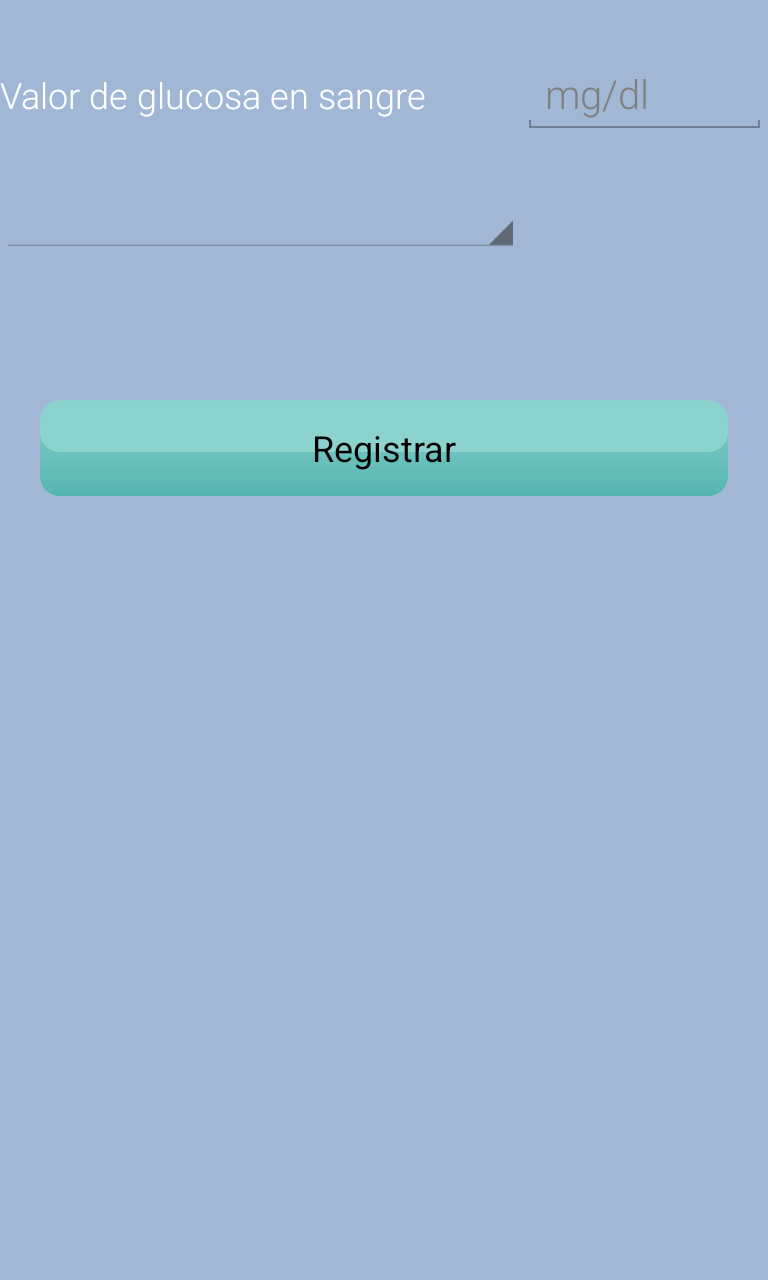
Repository: HectorGarciaMiguel/ssii-diabetes-060036
Layout: SeguimientoDiabetes/res/layout/activity_insertar_medicion.xml
The author's editor kept a copy of each file at every save. The layout is drawn from the files as they stood at one save, then again after the next save.
It is drawn on a 768 x 1280 px phone screen (xhdpi) without system bars, with theme AppTheme; the app's code is not run.

Above is the layout before, as saved 2015-11-17 08:53:48.

### SeguimientoDiabetes/res/layout/activity_insertar_medicion.xml
<TableLayout xmlns:android="http://schemas.android.com/apk/res/android"
    xmlns:tools="http://schemas.android.com/tools"
    android:id="@+id/TableLayout1"
    android:layout_width="fill_parent"
    android:layout_height="fill_parent"
    android:layout_gravity="top|center"
    android:stretchColumns="*"
    tools:context=".MainActivity" >

    <TableRow
        android:id="@+id/tableRow1"
        android:layout_width="0px"
        android:layout_height="0px"
        android:layout_weight="1"
        android:layout_gravity="center_vertical">

        <TextView
            android:id="@+id/textView1"
            android:layout_width="fill_parent"
            android:layout_height="fill_parent"
        	android:gravity="center_vertical"
            android:text="Valor de glucosa en sangre" />


        <EditText
            android:id="@+id/editText1"
            android:layout_width="fill_parent"
            android:layout_height="wrap_content"
            android:hint="mg/dl"
        	android:gravity="center_vertical"
            android:inputType="number" >

        </EditText>

    </TableRow>

    <TableRow
         android:id="@+id/tableRow2"
        android:layout_width="0px"
        android:layout_height="0px"
        android:layout_weight="1" >

        <Spinner android:id="@+id/CmbOpciones"
   	 	android:layout_width="match_parent"
    	android:layout_height="wrap_content"/>


    </TableRow>


    <TableRow
         android:id="@+id/tableRow3"
        android:layout_width="0px"
        android:layout_height="0px"
        android:layout_weight="7"
        android:padding="20dp">

        <Button
            android:id="@+id/button1"
        	android:background="@drawable/mibotonverde"
            android:layout_weight="1"
            android:onClick="pasarRecomendacionActivity"
            android:text="Registrar" />

    </TableRow>




</TableLayout>

### SeguimientoDiabetes/res/drawable/mibotonverde.xml
<?xml version="1.0" encoding="utf-8"?>
<selector xmlns:android="http://schemas.android.com/apk/res/android" >

 <item android:state_pressed="true">
     <layer-list >
       <item >
           <shape android:shape="rectangle">
            <gradient
  				  android:startColor="#104849"
                  android:endColor="#0B393A"
                  android:angle="-90"
                  android:type="linear"
                  />
            <corners android:radius="10dp" />
            </shape>
            </item>
            <item android:top="1dp" android:bottom="22dp" >
 	 <shape android:shape="rectangle">
  				<solid android:color="#104849"/>
              <corners android:radius="10dp" />

            </shape>
      </item>
      </layer-list>
  </item>




<item android:state_focused="true">
     <layer-list >
       <item >
           <shape android:shape="rectangle">
            <gradient
  				  android:startColor="#104849"
                  android:endColor="#0B393A"
                  android:angle="-90"
                  android:type="linear"
                  />
            <corners android:radius="10dp" />
            </shape>
            </item>
            <item android:top="1dp" android:bottom="50px" >
  <shape android:shape="rectangle">
  <solid android:color="#104849"/>
              <corners android:radius="10dp" />

            </shape>
      </item>
      </layer-list>
  </item>







 <item>
     <layer-list >
       <item >
           <shape android:shape="rectangle">
            <gradient
  				  android:startColor="#8CD2CD"
                  android:endColor="#53B5AF"
                  android:angle="-90"
                  android:type="linear"
                  />
			<corners android:radius="10dp" />
			</shape>
        </item>
        <item android:top="1dp" android:bottom="22dp" >
  			<shape android:shape="rectangle">
  			<solid android:color="#8CD2CD"/>
       			<corners android:radius="10dp" />
           </shape>
      </item>
      </layer-list>
  </item>
</selector>

Loaded but not shown: SeguimientoDiabetes/res/values/styles.xml (common file); SeguimientoDiabetes/res/values-v11/styles.xml (common file); SeguimientoDiabetes/res/values-v14/styles.xml (common file)

After the next save:
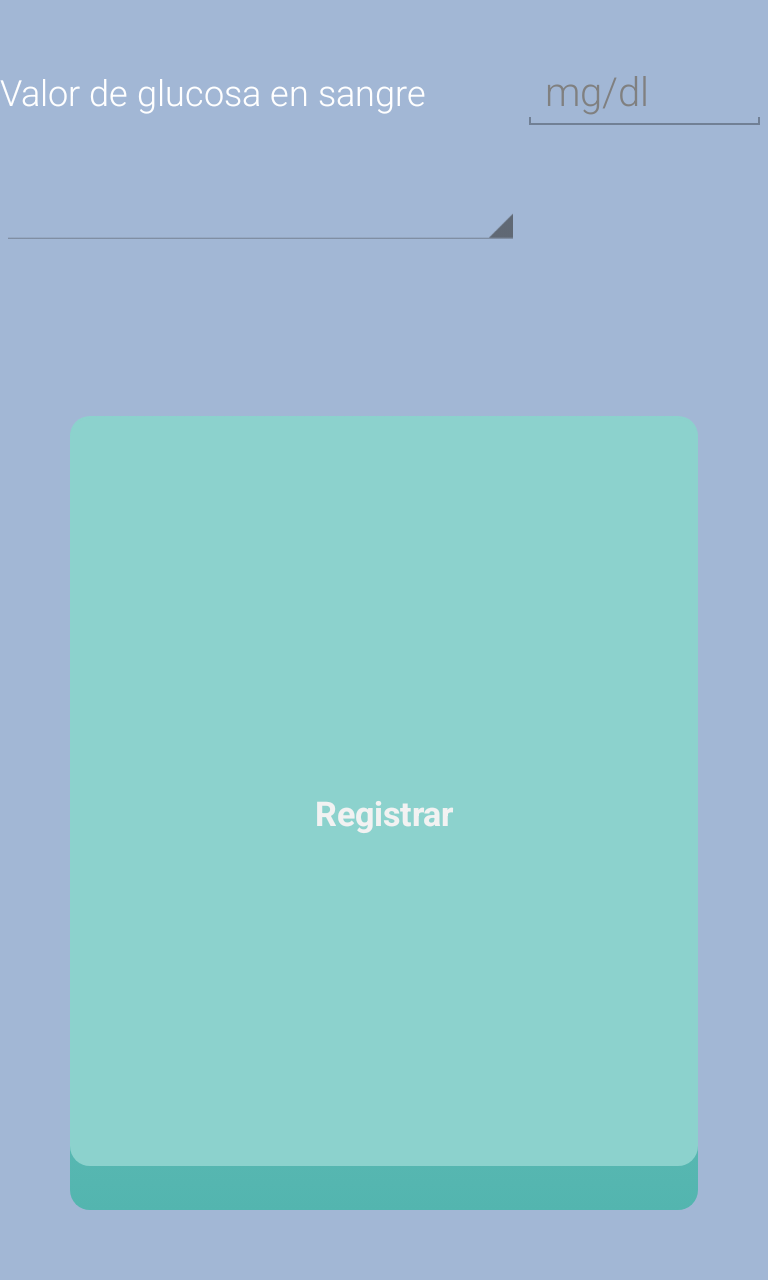
Saved 60 s later.
--- a/SeguimientoDiabetes/res/layout/activity_insertar_medicion.xml
+++ b/SeguimientoDiabetes/res/layout/activity_insertar_medicion.xml
@@ -58,6 +58,7 @@
         <Button
             android:id="@+id/button1"
         	android:background="@drawable/mibotonverde"
+        	style="@style/Boton"
             android:layout_weight="1"
             android:onClick="pasarRecomendacionActivity"
             android:text="Registrar" />
